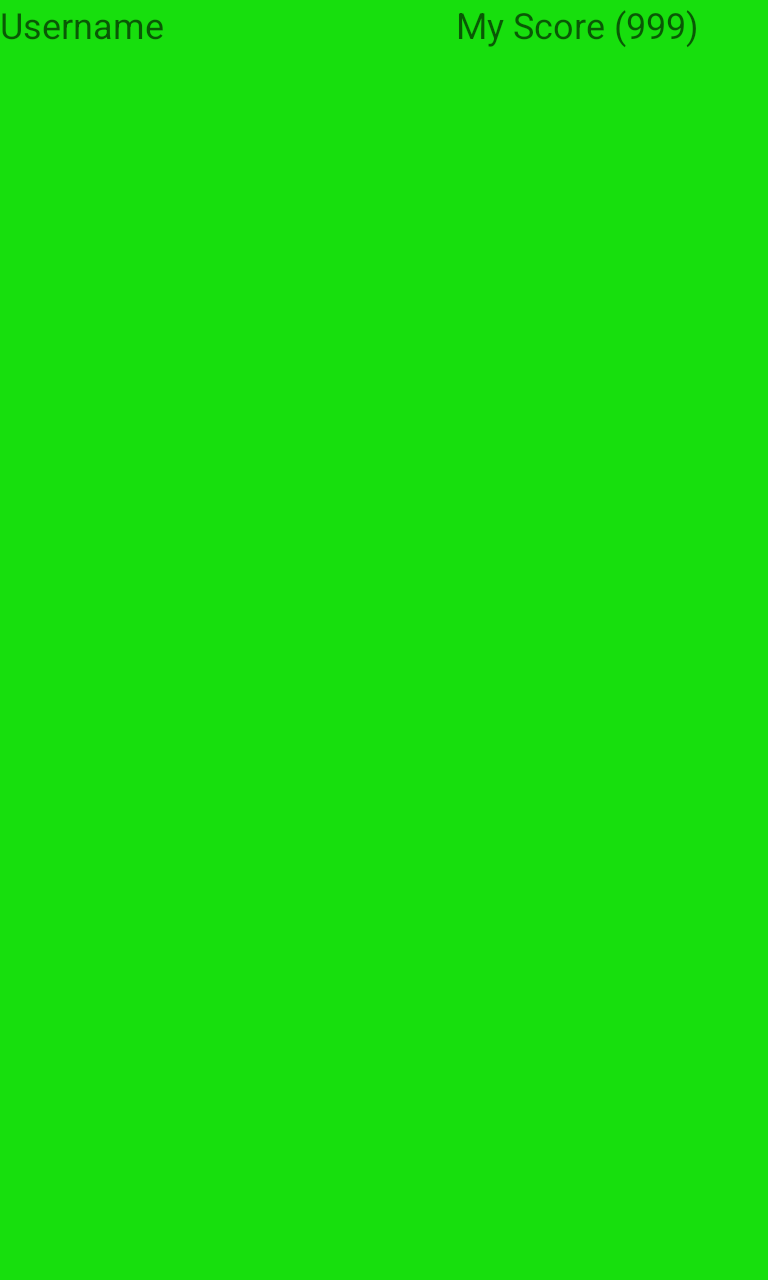
Repository: quantumlicht/android-capstone
Layout: capstone_client/res/layout/fragment_created_quiz.xml
These files come from the project's save history. The layout is drawn as it stood at one moment and after the next save; the edit follows.
It is drawn on a 768 x 1280 px phone screen (xhdpi) without system bars, with theme AppTheme; the app's code is not run. Lists and similar views that code fills are empty. The app's manifest (not shown) leaves right-to-left support off. So textAlignment, textDirection and layoutDirection are ignored, and left and right values win over start and end ones.

Above is the layout before, as saved 2014-11-09 19:11:26.

After the next save:
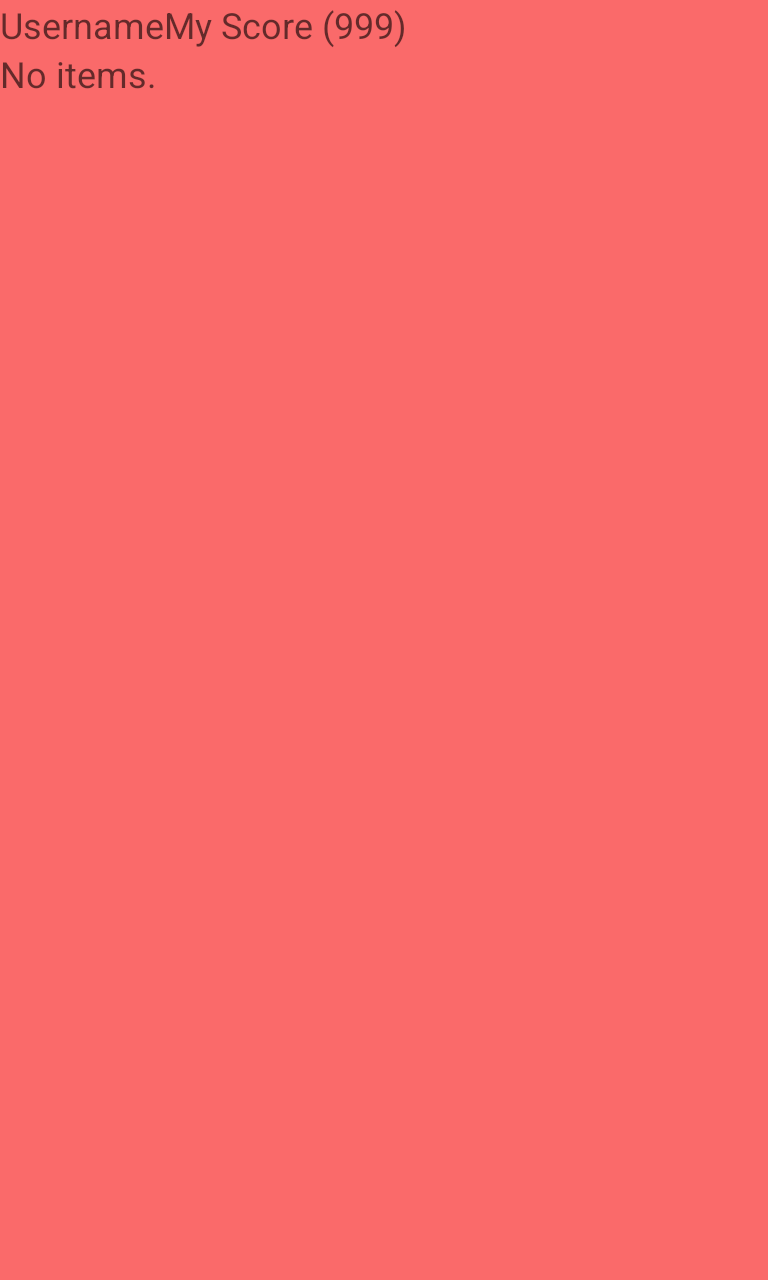
Saved 1 s later.
--- a/capstone_client/res/layout/fragment_created_quiz.xml
+++ b/capstone_client/res/layout/fragment_created_quiz.xml
@@ -1,28 +1,57 @@
 <?xml version="1.0" encoding="utf-8"?>
-<RelativeLayout xmlns:android="http://schemas.android.com/apk/res/android"
+<LinearLayout xmlns:android="http://schemas.android.com/apk/res/android"
     android:layout_width="match_parent"
     android:layout_height="match_parent"
-    android:orientation="vertical"
-    android:background="#17df0d">
+    android:background="#fa6a6a"
+    android:orientation="vertical" >
+
+    <LinearLayout
+        android:layout_width="match_parent"
+        android:layout_height="wrap_content" >
 
         <TextView
-        android:id="@+id/textView1"
-        android:layout_width="wrap_content"
-        android:layout_height="wrap_content"
-        android:layout_alignParentLeft="true"
-        android:layout_alignParentTop="true"
-        android:text="Username"
-        android:textAppearance="?android:attr/textAppearanceMedium" />
+            android:id="@+id/username"
+            android:layout_width="wrap_content"
+            android:layout_height="wrap_content"
+            android:text="Username"
+            android:textAppearance="?android:attr/textAppearanceMedium" />
 
-    <TextView
-        android:id="@+id/textView2"
-        android:layout_width="156dp"
-        android:layout_height="wrap_content"
-        android:layout_alignParentRight="true"
-        android:layout_alignParentTop="true"
-        android:gravity="fill_horizontal|right"
-        android:text="My Score (999)"
-        android:textAlignment="gravity"
-        android:textAppearance="?android:attr/textAppearanceMedium" />
+        <TextView
+            android:id="@+id/textView2"
+            android:layout_width="156dp"
+            android:layout_height="wrap_content"
+            android:gravity="fill_horizontal|right"
+            android:text="My Score (999)"
+            android:textAlignment="gravity"
+            android:textAppearance="?android:attr/textAppearanceMedium" />
 
-</RelativeLayout>
+    </LinearLayout>
+
+    <FrameLayout
+        android:layout_width="match_parent"
+        android:layout_height="0dip"
+        android:layout_weight="1" >
+
+        <!--
+             Here is the list. Since we are using a ListActivity, we
+             have to call it "@android:id/list" so ListActivity will
+             find it
+        -->
+
+        <ListView
+            android:id="@+id/list"
+            android:layout_width="match_parent"
+            android:layout_height="match_parent"
+            android:drawSelectorOnTop="false" />
+
+        <!-- Here is the view to show if the list is emtpy -->
+
+        <TextView
+            android:id="@android:id/empty"
+            android:layout_width="match_parent"
+            android:layout_height="match_parent"
+            android:text="No items."
+            android:textAppearance="?android:attr/textAppearanceMedium" />
+    </FrameLayout>
+
+</LinearLayout>
